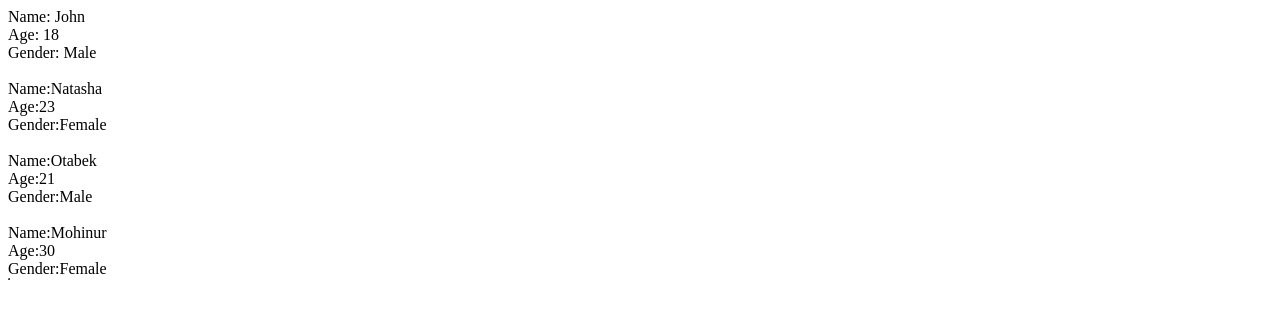
Repository: OtabekScarcro/advance-java
Page: http://localhost/Sample_Xml_file/JSTLDemo.jsp
The author's editor kept a copy of each file at every save. The page is drawn from the files as they stood at one save, then again after the next save.
The browser window is 1280 px wide. The pictures show the whole page.
The page is served by Tomcat 9.

Above is the page before, as saved 2023-03-29 12:21:48.

After the next save:
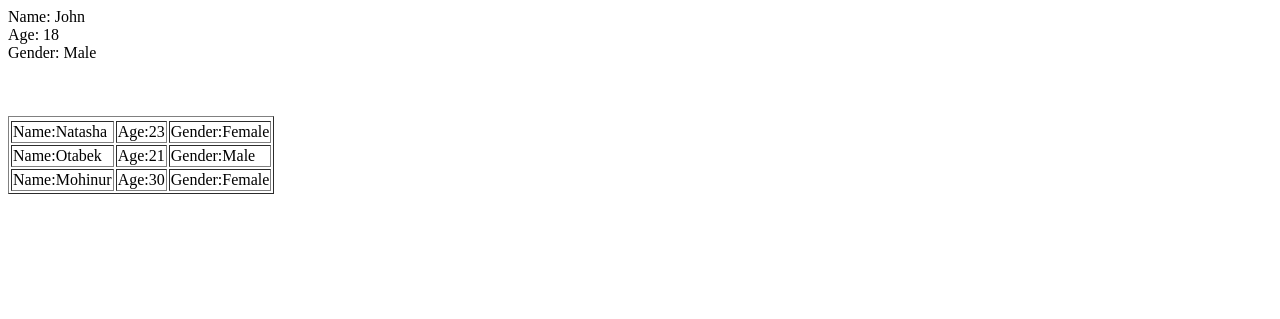
Saved 33 s later.
--- a/Sample Xml file/src/main/webapp/JSTLDemo.jsp
+++ b/Sample Xml file/src/main/webapp/JSTLDemo.jsp
@@ -21,9 +21,9 @@
 		<x:forEach select="$XMLdoc/users/user">
 			<tr>
 				<x:if select="age>20">
-					<br/> Name:<x:out select="name"/>
-					<br/> Age:<x:out select="age"/>
-					<br/> Gender:<x:out select="gender"/>
+					<td> Name:<x:out select="name"/></td>
+					<td> Age:<x:out select="age"/></td>
+					<td> Gender:<x:out select="gender"/></td>
 					<br/>
 				</x:if>
 			</tr>
